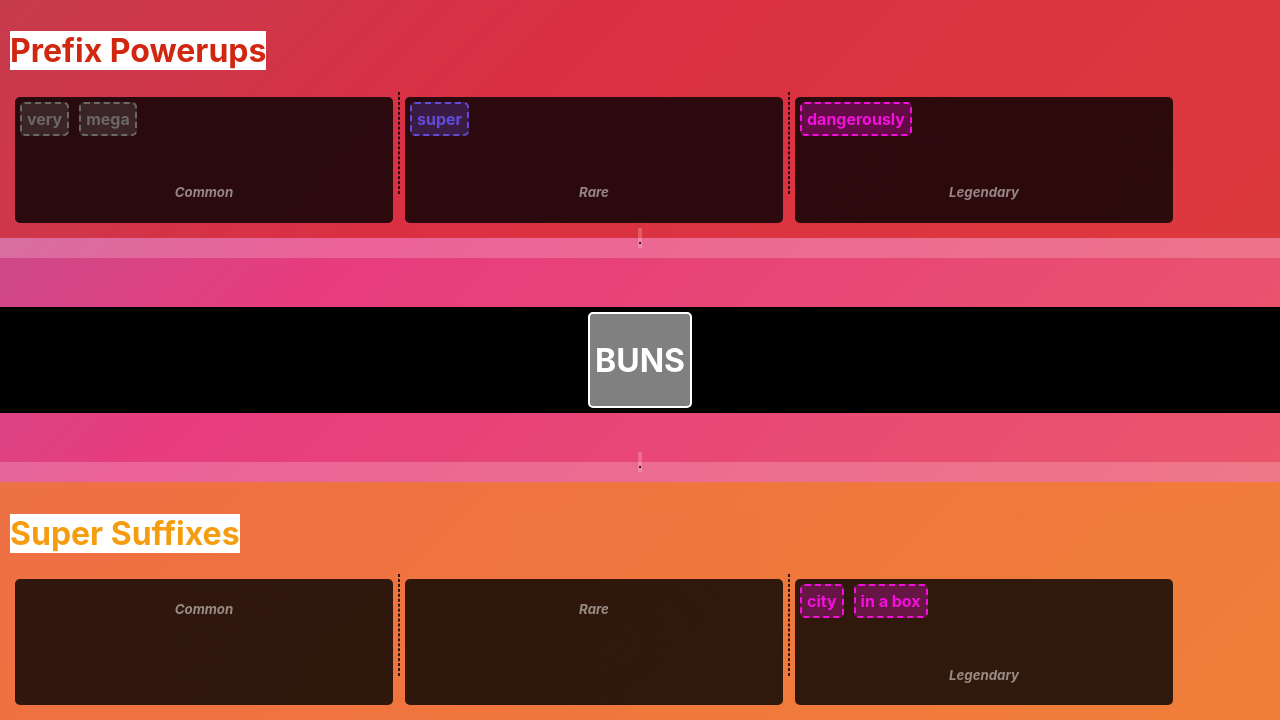
Repository: bsalgado98/buns-inator
Page: /
An editor plug-in stored every save of this project. The page is shown before and after the next save, followed by the edit.
The browser window is 1280 px wide. The pictures show the whole page.
The project was rebuilt for these pictures with package versions that can differ from the ones it lists, and the page was loaded fresh each time.

Above is the page before, as saved 2022-04-25 23:45:34.

After the next save:
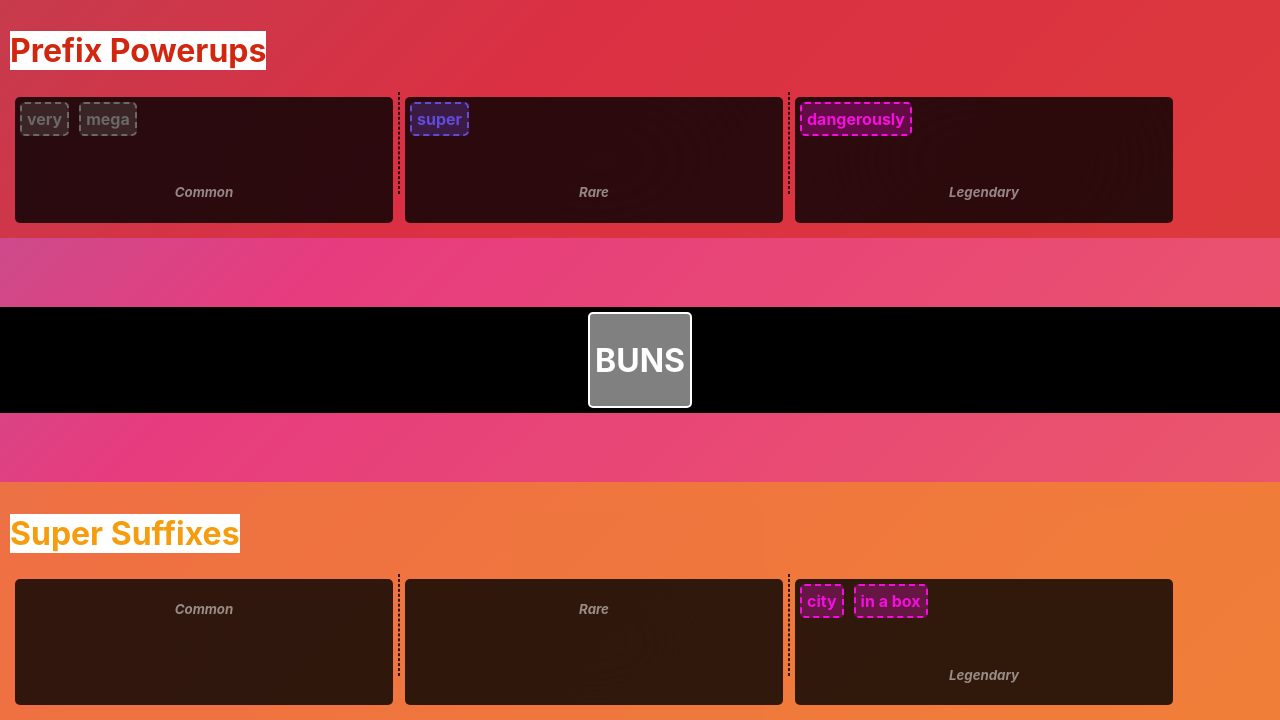
Saved 17 s later.
--- a/src/App.css
+++ b/src/App.css
@@ -33,12 +33,12 @@
 
 .divider {
     width: 100vw;
+
     background: rgba(255, 255, 255, 0.2);
 }
 
 .divider::after {
     background: rgba(255, 255, 255, 0.2);
-    content: ' .';
     backdrop-filter: blur(5px);
     position: relative;
     top: -50%;
